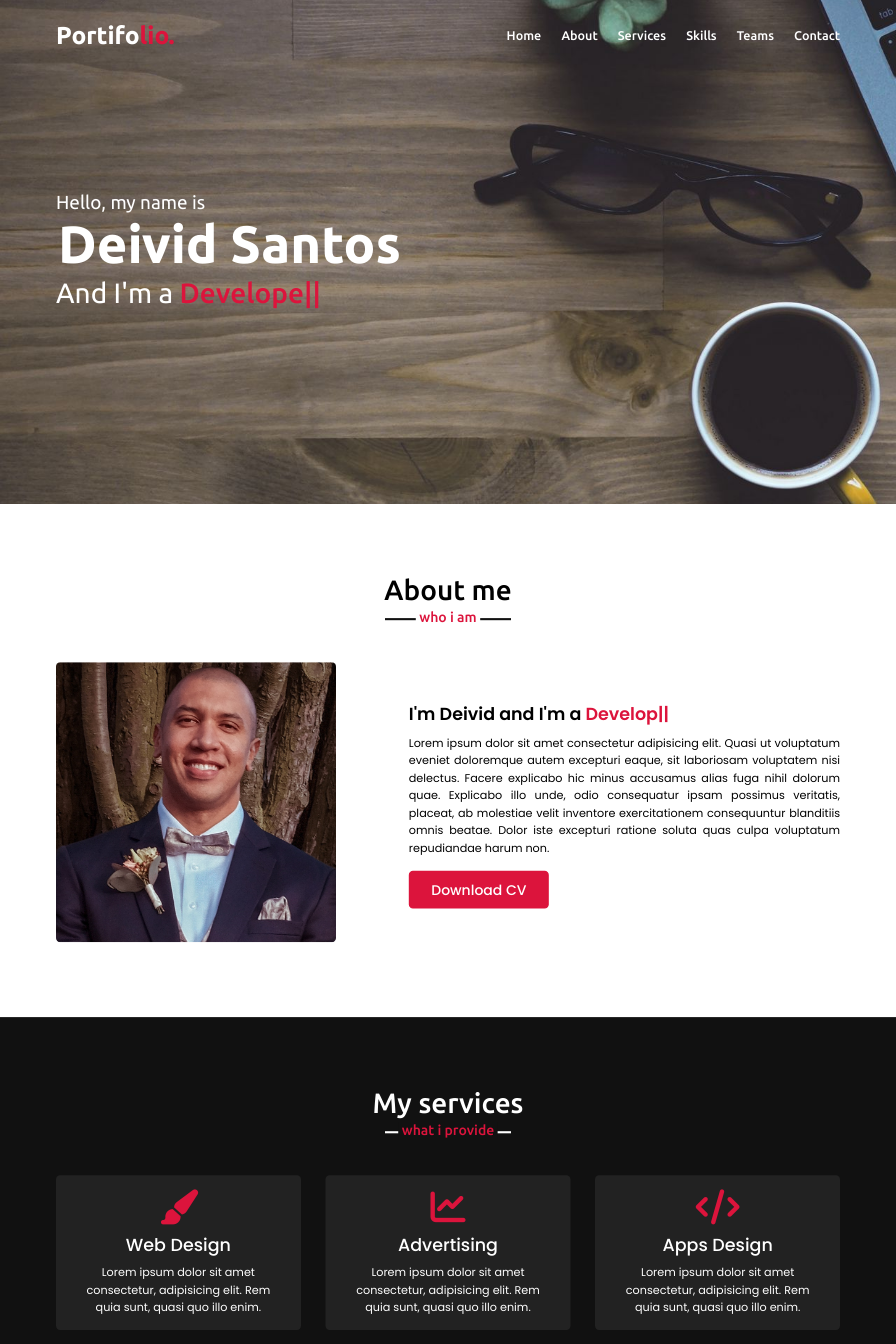
Repository: deividwsantoss/portfolio
Page: index.html
These files come from the project's save history. The page is drawn as it stood at one moment and after the next save; the edit follows.
The browser window is 1280 px wide. The pictures show the part of the page from y = 0 to 1920 px (the page is 3973 px tall), at 70% of full size.
Some web libraries are served in a nearby version.

Above is the page before, as saved 2021-03-01 23:46:05.

After the next save:
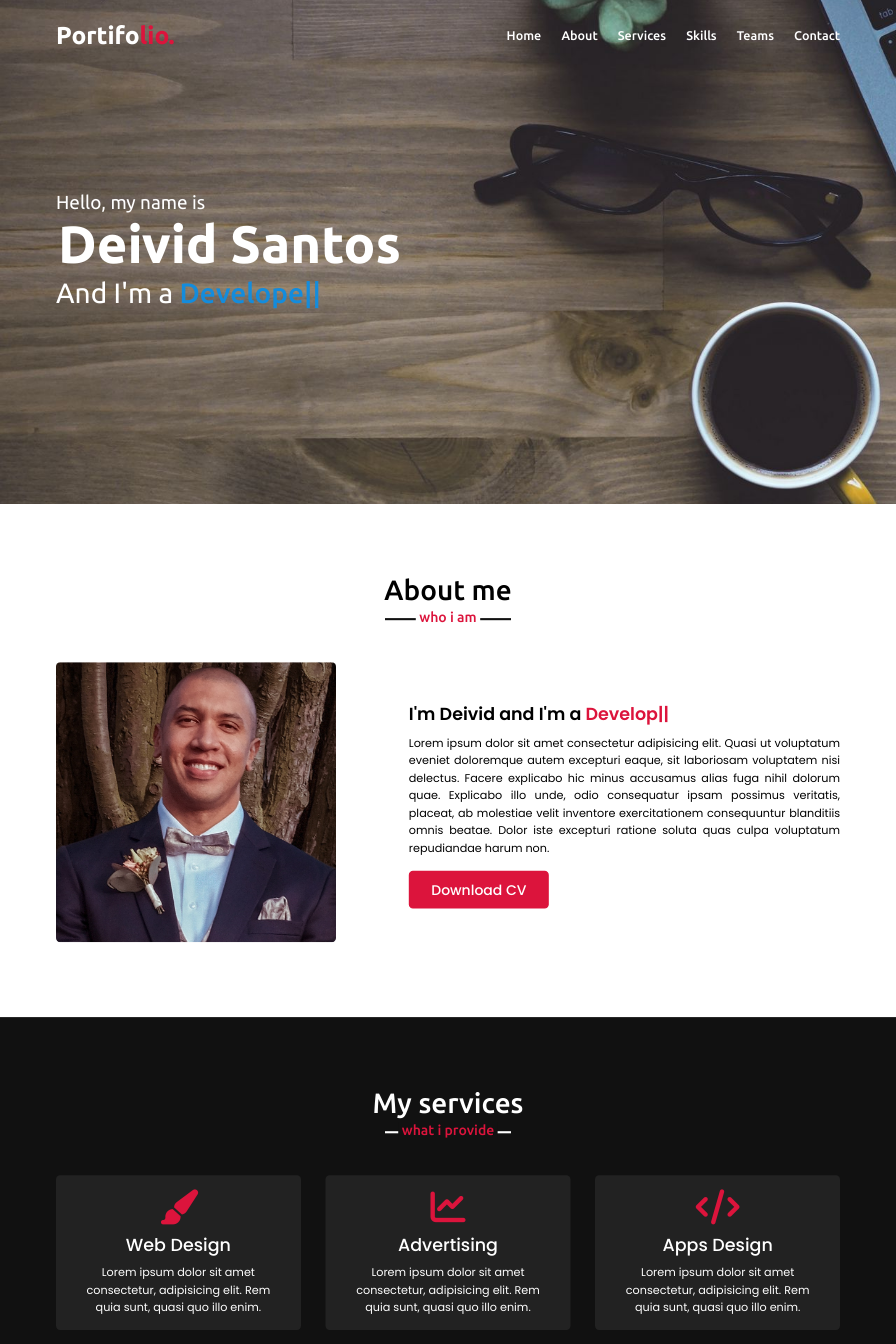
Saved 8 h 31 min later.
--- a/Content/style.css
+++ b/Content/style.css
@@ -190,7 +190,7 @@ section .title::after{
 }
 .home .home-content .text-3 span{
 
-   color: crimson;
+   color: rgb(20, 140, 220);
    font-weight: 500;
 
 }
